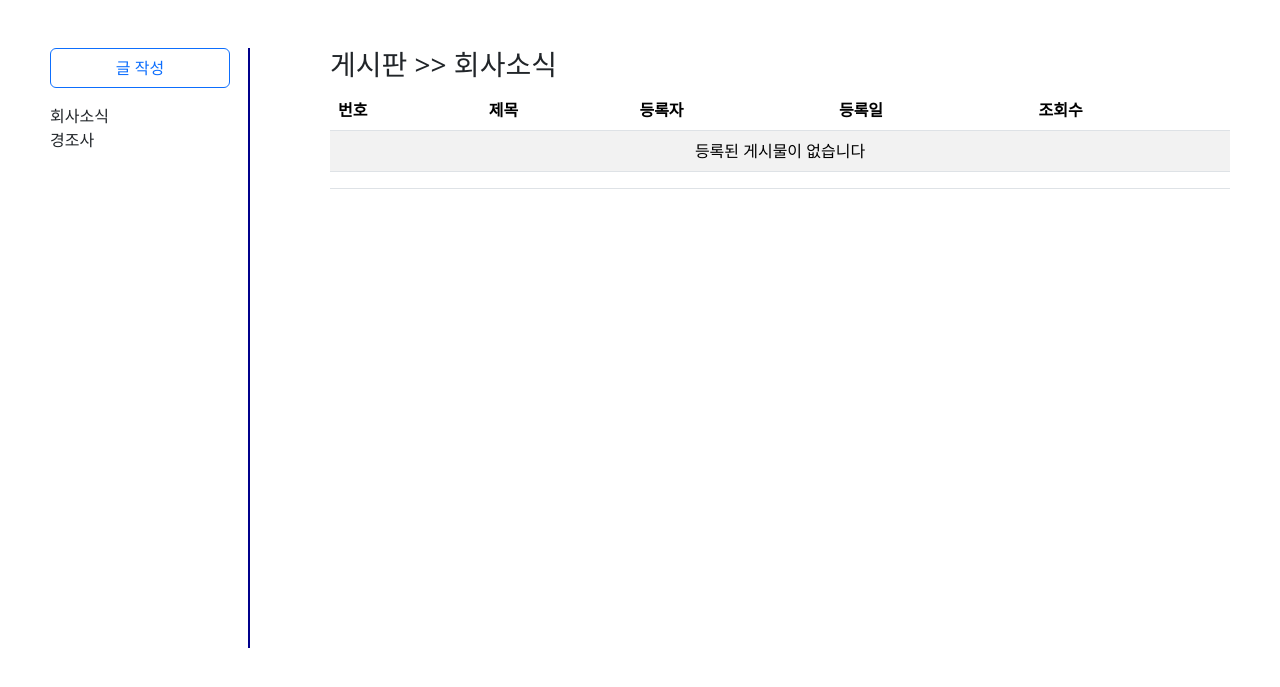
Repository: KimDongGyuu/final
Page: http://localhost/aceworks/WEB-INF/views/company_news/company_news_List.jsp
The author's editor kept a copy of each file at every save. The page is drawn from the files as they stood at one save, then again after the next save.
The browser window is 1280 px wide. The pictures show the whole page.
The page is served by Tomcat 9. Nobody is signed in. The template is opened directly, without the code that normally fills it, so the values that code supplies are empty.

Above is the page before, as saved 2024-03-15 11:54:35.

After the next save:
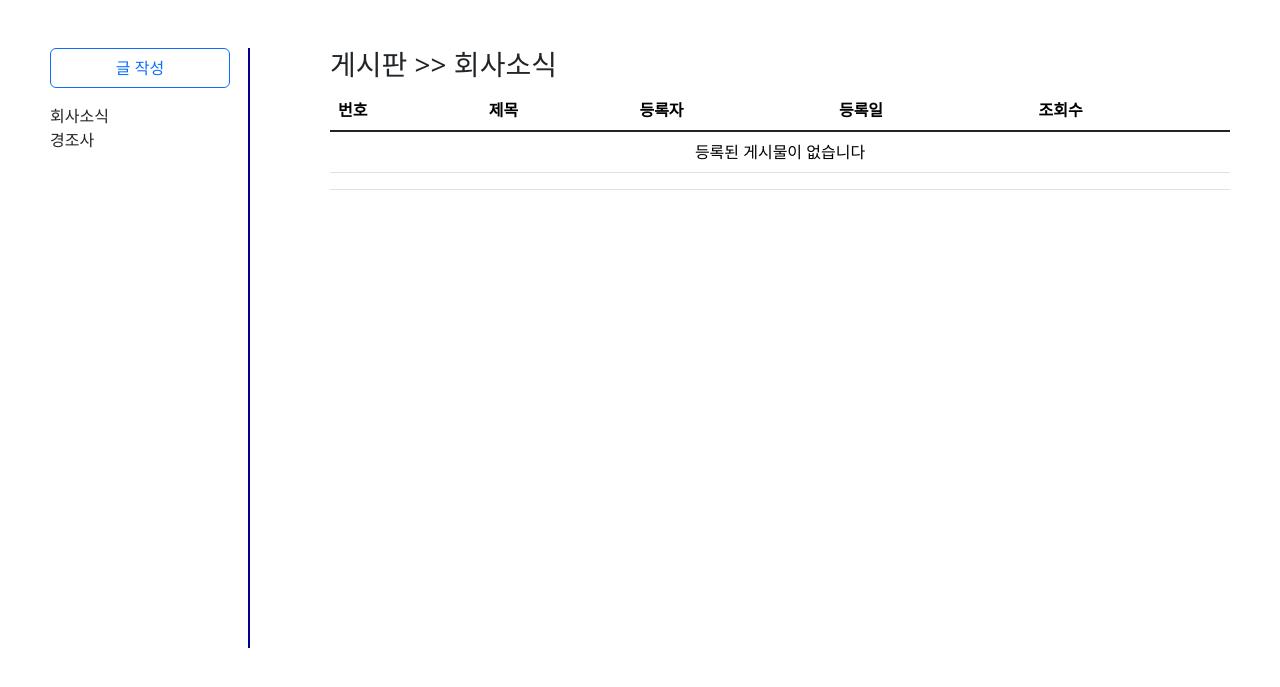
Saved 2 min 21 s later.
--- a/aceworks/src/main/webapp/WEB-INF/views/company_news/company_news_List.jsp
+++ b/aceworks/src/main/webapp/WEB-INF/views/company_news/company_news_List.jsp
@@ -43,7 +43,7 @@ h3 {
 		</div>
 		<div id="right">
 		<div class="mt-5 mb-2"><span class="h3">게시판 &gt;&gt; 회사소식</span></div>
-			<table width="1000" cellspacing="0" class="table table-striped">
+			<table width="1000" cellspacing="0" class="table">
 				<thead>
 					<tr>
 						<th scope="col">번호</th>
@@ -54,7 +54,7 @@ h3 {
 					</tr>
 				</thead>
 
-				<tbody>
+				<tbody class="table-group-divider">
 			<c:if test="${empty lists }">
 				<tr>
 					<td colspan="5" align="center">등록된 게시물이 없습니다</td>
